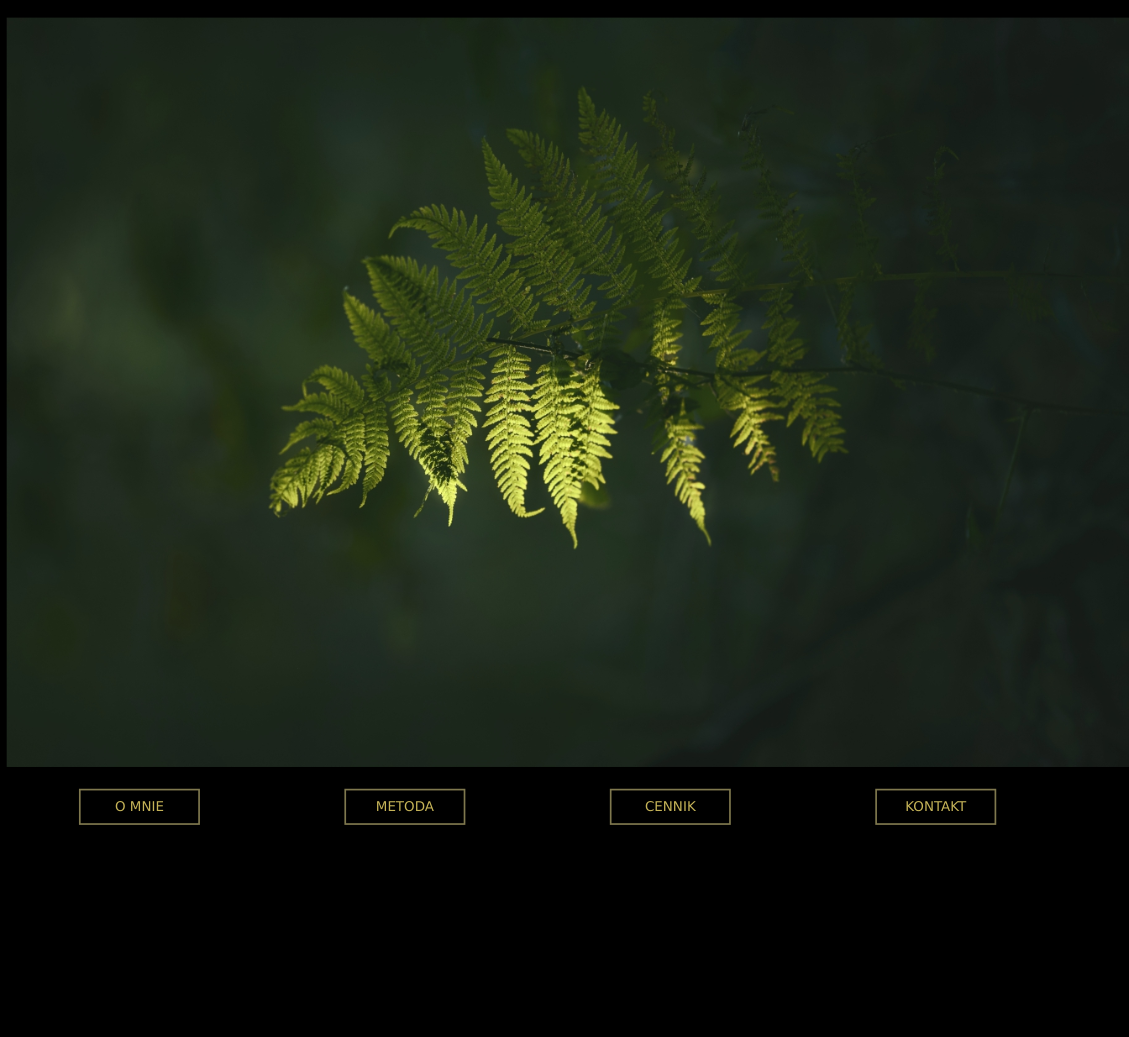
Repository: LechCieslak/Anna_Cieslak_v2.1
Page: index.html
An editor plug-in stored every save of this project. The page is shown before and after a run of saves, followed by the edit.
The browser window is 1280 px wide. The page is 1344 px wide, so the pictures cover 1344 px, including what lies to the right of the window. The pictures show the whole page, at 84% of full size.

Above is the page before, as saved 2020-08-29 00:53:28.

### index.html
<!DOCTYPE html>
<html lang="pl">
<head>
    <meta charset="UTF-8">
    <meta name="viewport" content="width=device-width, initial-scale=1.0">
    <link rel="stylesheet" href="style.css">
    <title>Przyjazne miejsce</title>
</head>
<body class="container">
    <h1></h1>
    <img src="images/background-poz.jpg">

    <main>

            <div class="menu">
                <ul>
                    <li class="li1">O MNIE</li>
                    <li class="li2">METODA</li>
                    <li class="li3">CENNIK</li>
                    <li class="li4">KONTAKT</li>
                </ul>
            </div>

            <div class="oMnie shape">
                <h1>O MNIE</h1>
                <p>Lorem, ipsum dolor sit amet consectetur adipisicing elit. Tenetur illum, dolores ipsum earum qui eligendi quaerat itaque debitis quo cumque repudiandae fugit quisquam nisi quas sunt voluptatem alias enim vero porro reprehenderit. Quisquam possimus labore voluptate facere voluptatum mollitia eveniet dicta quis vitae ullam quae saepe veniam quos ut, dolor, fuga repellat, veritatis quam modi odio placeat! Vero, reprehenderit repellendus? Delectus sit voluptate minus quam ratione numquam ipsum nemo commodi rem nesciunt consequatur, sunt cumque, repellat aliquam excepturi dolores aut suscipit minima nisi veritatis itaque ad explicabo perspiciatis voluptatibus! Cumque id adipisci officiis facere, tenetur quod provident. Eveniet, exercitationem necessitatibus.</p>
            </div>

            <div class="metoda shape">
                <h1>METODA</h1>
                <p>Lorem, ipsum dolor sit amet consectetur adipisicing elit. Tenetur illum, dolores ipsum earum qui eligendi quaerat itaque debitis quo cumque repudiandae fugit quisquam nisi quas sunt voluptatem alias enim vero porro reprehenderit. Quisquam possimus labore voluptate facere voluptatum mollitia eveniet dicta quis vitae ullam quae saepe veniam quos ut, dolor, fuga repellat, veritatis quam modi odio placeat! Vero, reprehenderit repellendus? Delectus sit voluptate minus quam ratione numquam ipsum nemo commodi rem nesciunt consequatur, sunt cumque, repellat aliquam excepturi dolores aut suscipit minima nisi veritatis itaque ad explicabo perspiciatis voluptatibus! Cumque id adipisci officiis facere, tenetur quod provident. Eveniet, exercitationem necessitatibus.</p>
            </div>

            <div class="cennik shape">
                <h1>CENNIK</h1>
                <p>Lorem, ipsum dolor sit amet consectetur adipisicing elit. Tenetur illum, dolores ipsum earum qui eligendi quaerat itaque debitis quo cumque repudiandae fugit quisquam nisi quas sunt voluptatem alias enim vero porro reprehenderit. Quisquam possimus labore voluptate facere voluptatum mollitia eveniet dicta quis vitae ullam quae saepe veniam quos ut, dolor, fuga repellat, veritatis quam modi odio placeat! Vero, reprehenderit repellendus? Delectus sit voluptate minus quam ratione numquam ipsum nemo commodi rem nesciunt consequatur, sunt cumque, repellat aliquam excepturi dolores aut suscipit minima nisi veritatis itaque ad explicabo perspiciatis voluptatibus! Cumque id adipisci officiis facere, tenetur quod provident. Eveniet, exercitationem necessitatibus.</p>
            </div>

            <div class="kontakt shape">
                <h1>KONTAKT</h1>
                <p>Lorem, ipsum dolor sit amet consectetur adipisicing elit. Tenetur illum, dolores ipsum earum qui eligendi quaerat itaque debitis quo cumque repudiandae fugit quisquam nisi quas sunt voluptatem alias enim vero porro reprehenderit. Quisquam possimus labore voluptate facere voluptatum mollitia eveniet dicta quis vitae ullam quae saepe veniam quos ut, dolor, fuga repellat, veritatis quam modi odio placeat! Vero, reprehenderit repellendus? Delectus sit voluptate minus quam ratione numquam ipsum nemo commodi rem nesciunt consequatur, sunt cumque, repellat aliquam excepturi dolores aut suscipit minima nisi veritatis itaque ad explicabo perspiciatis voluptatibus! Cumque id adipisci officiis facere, tenetur quod provident. Eveniet, exercitationem necessitatibus.</p>
            </div>
    </main>


    <script src="app.js"></script>
</body>
</html>

### style.css
* {
    font-family: verdana;
    padding: 0px;
}

body {
    --tlo: #4C6464;
    --text: #C5B358;
    --ramka: #7F784E;
    /* background-image: url("images/background-poz.jpg"); */
    /* background-position: center; */
    background-color: black;
    color: var(--text);
    /* animation: backgroundEffect 3s forwards; */
}

.container {
    position: relative;
    overflow: hidden;
}



main {
    position: relative;
}

ul {
    display: flex;
    justify-content: space-around;
}

.menu li {
    margin-top: 6px;
    padding: 10px;
    display: inline-block;
    border: solid 2px var(--ramka);
    list-style-type: none;
    width: 120px;
    cursor: pointer;
    text-align:center;
}

.shape {
    border: solid 3px var(--ramka);
    /* width: 70%; */
    opacity: 0;
    padding: 10px;
    position: absolute;
}

.nowa {
    opacity: 1;
}

@keyframes backgroundEffect {
    /* 30% {
        background-color: var(--tlo);
    } */
    100% {
        background-image: url("images/background-poz.jpg");

    }
}

/* style css - duże ekrany
@media (min-width: 1100px) {
    body {
        font-size: 30px;
    }
} */

@media (max-width: 600px) {
    body {
        /* style css - tel. pionowo */
        background-image: url("images/background-pion.jpg");
        font-size: 10px;
    }

    .menu li {
        width: 50px;
        height: 8px;
        padding-top: 6px;
    }
}

@media (max-width: 320px) {
    ul {
        width: 55px;
        display: block;
    }
}

### app.js
let a = document.querySelector('.li1');
let b = document.querySelector('.oMnie');
let c = document.querySelector('.li2');
let d = document.querySelector('.metoda');
let e = document.querySelector('.li3');
let f = document.querySelector('.cennik');
let g = document.querySelector('.li4');
let h = document.querySelector('.kontakt');

a.addEventListener('click', e => {
  b.classList.toggle("nowa");
  d.classList.remove("nowa");
  f.classList.remove("nowa");
  h.classList.remove("nowa");
});


c.addEventListener('click', e => {
  d.classList.toggle("nowa");
  b.classList.remove("nowa");
  f.classList.remove("nowa");
  h.classList.remove("nowa");
});

e.addEventListener('click', e => {
  f.classList.toggle("nowa");
  b.classList.remove("nowa");
  d.classList.remove("nowa");
  h.classList.remove("nowa");
});


g.addEventListener('click', e => {
  h.classList.toggle("nowa");
  b.classList.remove("nowa");
  d.classList.remove("nowa");
  f.classList.remove("nowa");
});

After the next 2 saves:
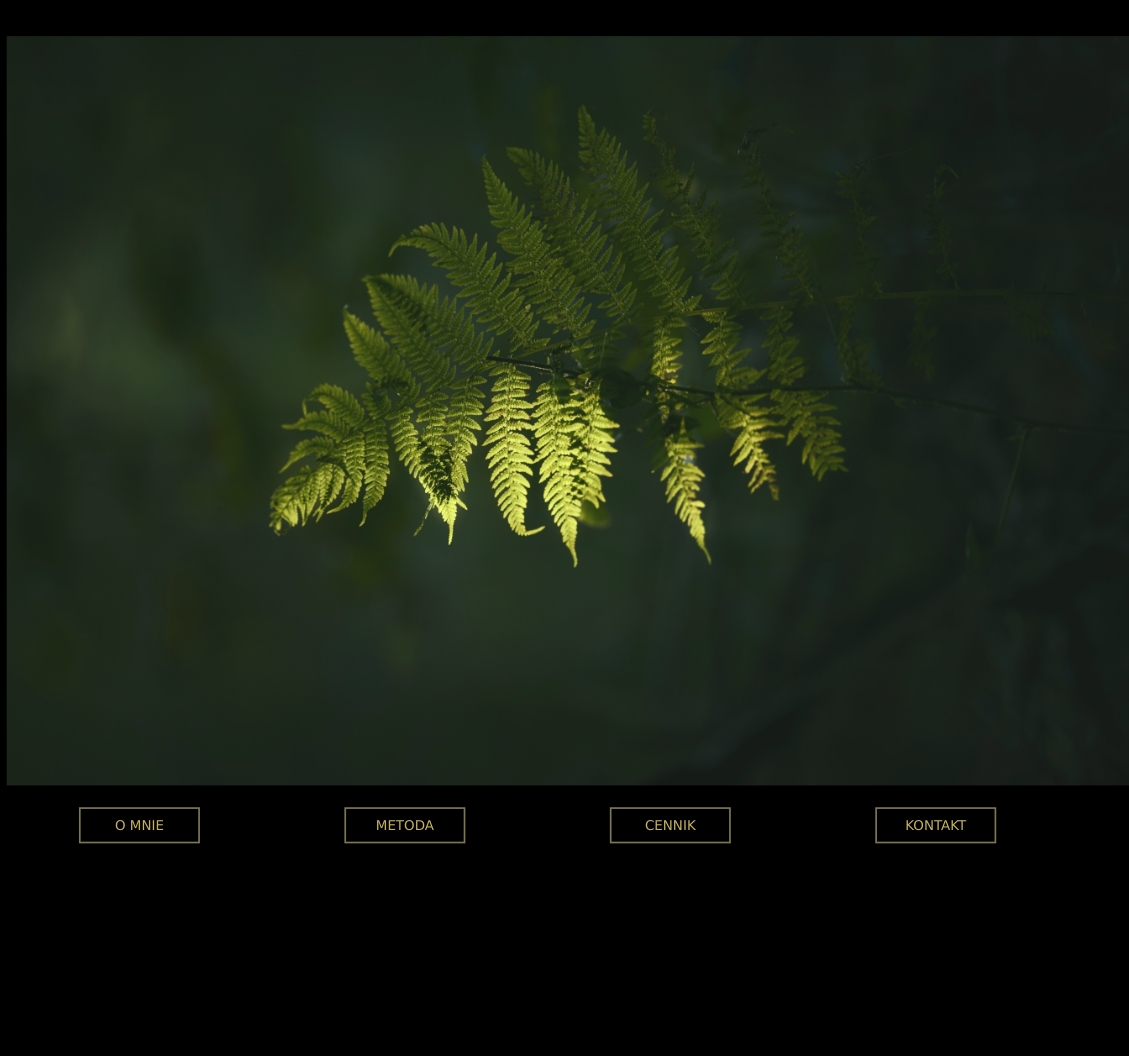
The 2 saves are shown as one change because they came seconds apart.
The last was saved 18 s later.
--- a/style.css
+++ b/style.css
@@ -19,7 +19,10 @@ body {
     overflow: hidden;
 }
 
-
+.container h1{
+    position: relative;
+    overflow: hidden;
+}
 
 main {
     position: relative;
